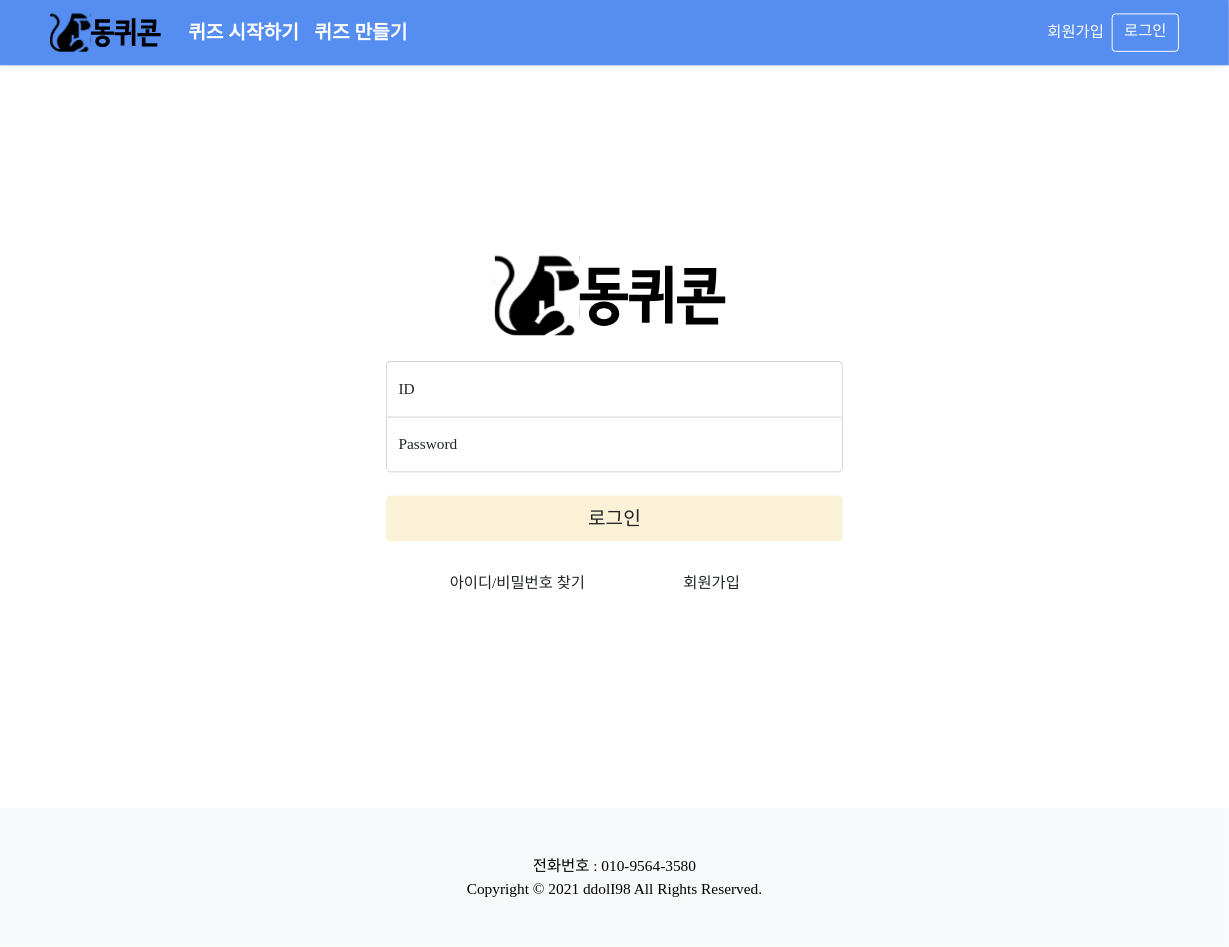
Repository: eogus0512/Quiz_WebProject
Page: http://localhost/Quiz_WebProject/login.jsp
The author's editor kept a copy of each file at every save. The page is drawn from the files as they stood at one save, then again after the next save.
The browser window is 1280 px wide. The pictures show the whole page, at 96% of full size.
Some web fonts or font styles are not loaded; a fallback is used. The page is served by Tomcat 9.

Above is the page before, as saved 2021-10-27 12:47:57.

After the next save:
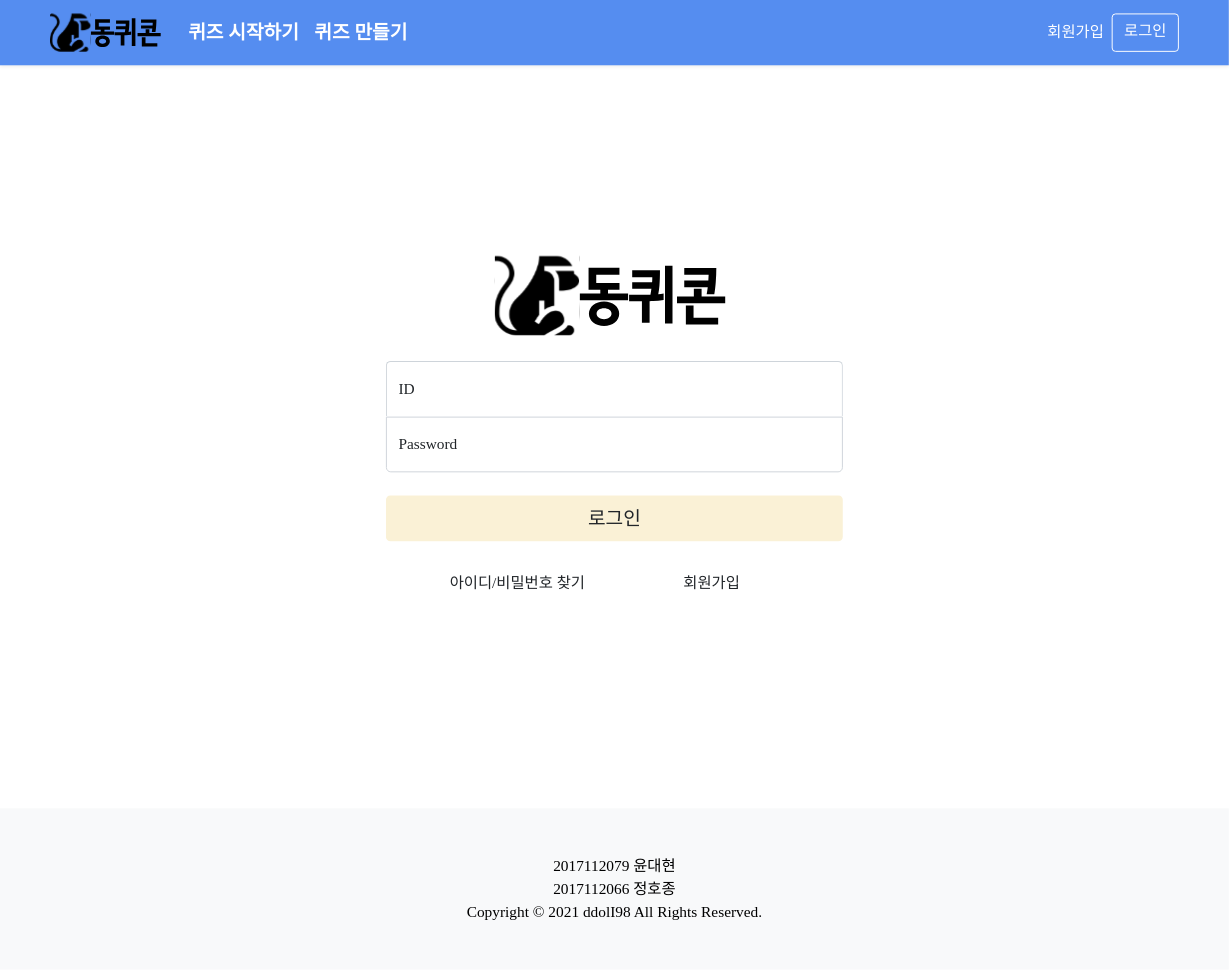
Saved 57 s later.
--- a/Quiz_WebProject/WebContent/login.jsp
+++ b/Quiz_WebProject/WebContent/login.jsp
@@ -7,7 +7,7 @@
     <title>맛동국</title>
     <link rel="stylesheet" href="./css/bootstrap.min.css">
     <link rel="stylesheet" href="./css/custom.css">
-    <link rel="icon" href="./image/favicon.png">
+    <link rel="icon" href="./img/favicon.png">
 </head>
 <body class="text-center">
 <nav class="navbar navbar-expand-lg navbar-light fixed-top shadow-sm" style="background-color: #558DF0;">
@@ -83,7 +83,7 @@
 </section>
 <br><br><br><br><br><br><br><br>
 <footer class="bg-light mt-4 p-5 text-center" style="color: #000000;">
-    전화번호 : 010-9564-3580<br>
+    2017112079 윤대현<br>2017112066 정호종<br>
     Copyright &copy; 2021 ddolI98 All Rights Reserved.
 </footer>
 <script src="./js/jquery.min.js"></script>
